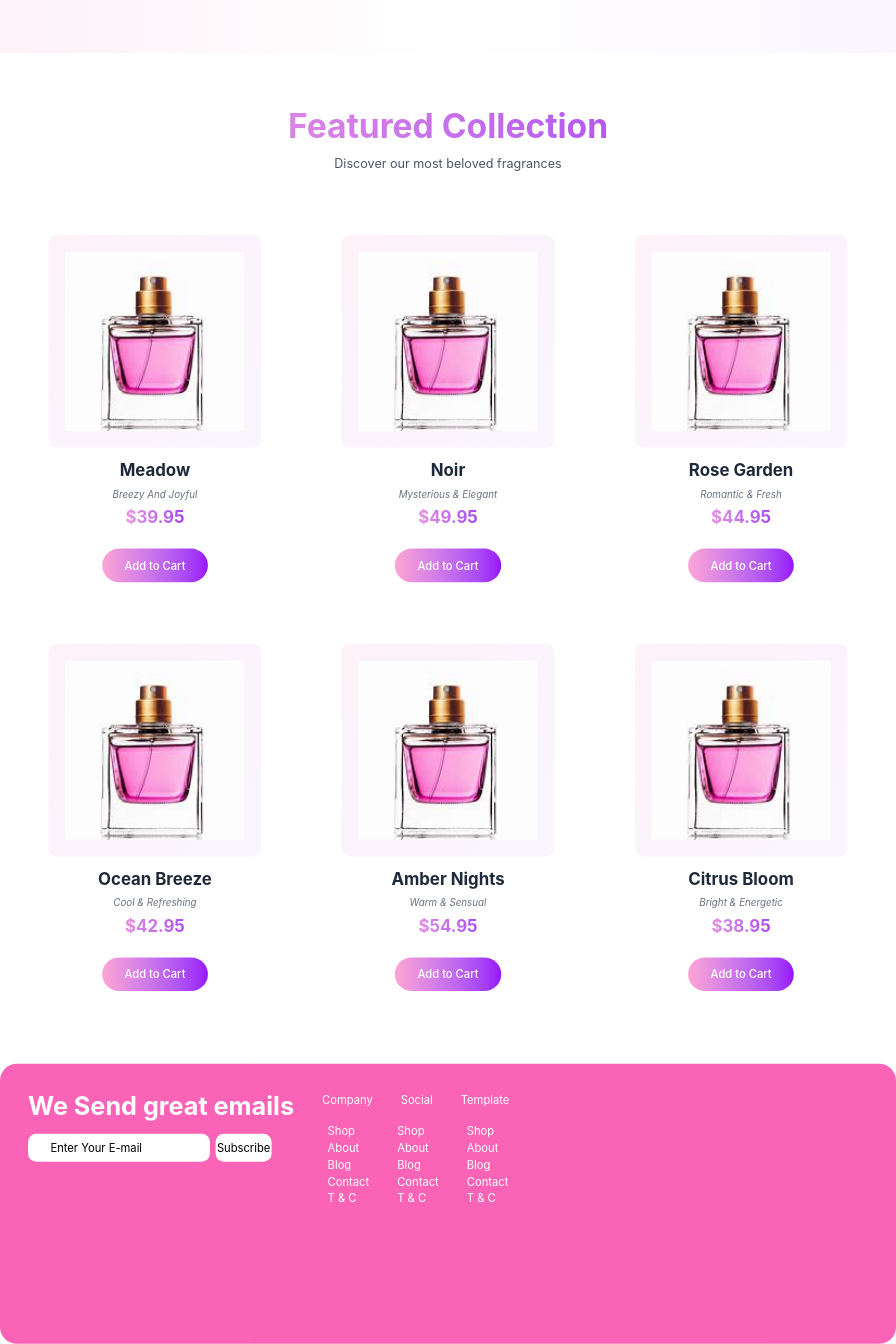
Repository: kiran2k5-ai/E-Commerce-Perfume
Page: /
The author's editor kept a copy of each file at every save. The page is drawn from the files as they stood at one save, then again after the next save.
The browser window is 1280 px wide. The pictures show the part of the page from y = 904 to 2824 px (the page is 2824 px tall), at 70% of full size.
The project was rebuilt for these pictures with package versions that can differ from the ones it lists, and the page was loaded fresh each time. Also part of the build but not shown: vite.config.js.

Above is the page before, as saved 2026-02-04 13:04:04.

### index.html
<!doctype html>
<html lang="en">
  <head>
    <meta charset="UTF-8" />
    <link rel="icon" type="image/svg+xml" href="/vite.svg" />
    <meta name="viewport" content="width=device-width, initial-scale=1.0" />
    <title>perfume-ecommerce</title>
  </head>
  <body>
    <div id="root"></div>
    <script type="module" src="/src/main.jsx"></script>
  </body>
</html>

### src/index.css
@import "tailwindcss";

@layer base {
  * {
    scroll-behavior: smooth;
  }

  body {
    font-family: 'Inter', 'Segoe UI', Tahoma, Geneva, Verdana, sans-serif;
    -webkit-font-smoothing: antialiased;
    -moz-osx-font-smoothing: grayscale;
  }
}

@layer utilities {
  .animate-fade-in {
    animation: fadeIn 1.5s ease-in-out;
  }

  @keyframes fadeIn {
    from {
      opacity: 0;
      transform: translateY(30px);
    }
    to {
      opacity: 1;
      transform: translateY(0);
    }
  }
}

### src/App.jsx
import { useState } from 'react'
import './App.css'
import Navbar from './components/Navbar'
import Home from './pages/Home'

function App() {
  const [count, setCount] = useState(0)

  return (
    <>
      <Navbar></Navbar>
      <Home></Home>
    </>
  )
}

export default App

### src/components/Navbar.jsx
import React from 'react'

const Navbar = () => {
  return (
    <nav className=" fixed w-full bg-pink-100 z-50 left-0 md:px-16 py-4 rounded-4xl">
      <div className="flex items-center justify-between">

        <div className="flex gap-6">
          <a href="#" className="hover:underline">Shop</a>
          <a href="#" className="hover:underline">About</a>
        </div>

        <div className="font-semibold text-2xl">
          Perfume
        </div>

        <div className="flex gap-6">
          <a href="#" className="hover:underline">Blog</a>
          <a href="#" className="hover:underline">Contact</a>
        </div>

      </div>
    </nav>
  )
}

export default Navbar

### src/pages/Home.jsx
import React from 'react'
import { Swiper, SwiperSlide } from "swiper/react";
import { Mousewheel } from "swiper/modules";
import Gridbox from '../components/Gridbox';
import Footer from '../components/Footer';
import "swiper/css";

const Home = () => {
  const products = [
    { id: 1, name: "Meadow", description: "Breezy And Joyful", price: "$39.95", image: "src/images/image2.jpg" },
    { id: 2, name: "Noir", description: "Mysterious & Elegant", price: "$49.95", image: "src/images/image2.jpg" },
    { id: 3, name: "Rose Garden", description: "Romantic & Fresh", price: "$44.95", image: "src/images/image2.jpg" },
    { id: 4, name: "Ocean Breeze", description: "Cool & Refreshing", price: "$42.95", image: "src/images/image2.jpg" },
    { id: 5, name: "Amber Nights", description: "Warm & Sensual", price: "$54.95", image: "src/images/image2.jpg" },
    { id: 6, name: "Citrus Bloom", description: "Bright & Energetic", price: "$38.95", image: "src/images/image2.jpg" },
  ];

  return (
    <>
    {/* Hero Section */}
    <div className='relative h-screen overflow-hidden'>
      <div className="absolute inset-0 bg-gradient-to-br from-pink-200/30 via-purple-200/30 to-blue-200/30"></div>
      <img src="src\images\image3.jpg" alt="Hero" className='mt-10 absolute inset-0 w-full h-full object-cover mix-blend-overlay'/>
      <div className='absolute inset-0 flex flex-col items-center justify-center text-white px-6'>
        <h1 className='text-7xl md:text-7xl font-bold text-center leading-tight mb-6 animate-fade-in'>
          Elevate EveryDay<br />
          Moments To<br />
          <span className='bg-gradient-to-r from-pink-300 to-purple-300 bg-clip-text text-transparent'>Extraordinary</span>
        </h1>
        <p className='text-xl md:text-2xl text-gray-100 mt-4 font-light tracking-wide'>Discover Your Signature Scent</p>
        <button className='mt-10 px-10 py-4 bg-white text-gray-800 rounded-full font-semibold text-lg hover:bg-pink-100 hover:scale-105 transition-all duration-300 shadow-2xl'>
          Explore Collection
        </button>
      </div>
    </div>

    {/* Brand Showcase */}
    <div className="bg-gradient-to-r from-pink-50 via-white to-purple-50 py-20">
      <div className="max-w-7xl mx-auto px-8">
        <h2 className="text-center text-gray-400 uppercase tracking-widest text-sm mb-10 font-semibold">Featured Brands</h2>
        <div className="flex items-center justify-between flex-wrap gap-8 text-gray-700">
          <h1 className="font-light italic text-4xl hover:text-pink-600 transition-colors cursor-pointer">flow</h1>
          <h1 className="font-semibold tracking-wide text-4xl hover:text-pink-600 transition-colors cursor-pointer">NINO</h1>
          <h1 className="font-medium text-4xl hover:text-pink-600 transition-colors cursor-pointer">InTrend</h1>
          <h1 className="font-bold text-4xl hover:text-pink-600 transition-colors cursor-pointer">JUNE</h1>
          <h1 className="font-semibold tracking-widest text-4xl hover:text-pink-600 transition-colors cursor-pointer">ZINE</h1>
          <h1 className="font-extrabold text-4xl hover:text-pink-600 transition-colors cursor-pointer">MAX</h1>
        </div>
      </div>
    </div>

    {/* Featured Products Section */}
    <div className="bg-white py-20">
      <div className="max-w-7xl mx-auto px-8">
        <div className="text-center mb-16">
          <h2 className="text-5xl font-bold bg-gradient-to-r from-pink-300 to-purple-600 bg-clip-text text-transparent mb-4">
            Featured Collection
          </h2>
          <p className="text-gray-600 text-lg">Discover our most beloved fragrances</p>
        </div>

        <div className="grid grid-cols-1 md:grid-cols-2 lg:grid-cols-3 gap-10">
          {products.map((product) => (
            <Gridbox
              key={product.id}
              name={product.name}
              description={product.description}
              price={product.price}
              image={product.image}
            />
          ))}
        </div>
      </div>
    </div>
    <Footer></Footer>

    </>
  )
}

export default Home

### src/components/Gridbox.jsx
import React from 'react'

const Gridbox = ({ image, name, description, price }) => {
  return (
    <div className="group flex flex-col items-center text-center gap-4 p-6 rounded-2xl bg-white hover:shadow-2xl transition-all duration-500 transform hover:-translate-y-2">

      <div className="relative overflow-hidden rounded-xl bg-gradient-to-br from-pink-50 to-purple-50 p-6">
        <img
          src={image}
          alt={name}
          className="w-64 h-64 object-cover transition-transform duration-500 group-hover:scale-110"
        />
        <div className="absolute inset-0 bg-gradient-to-t from-black/10 to-transparent opacity-0 group-hover:opacity-100 transition-opacity duration-300"></div>
      </div>

      <div className="space-y-2">
        <h2 className="text-2xl font-bold text-gray-800">{name}</h2>
        <p className="text-sm text-gray-500 italic">{description}</p>
        <p className="text-2xl font-bold bg-gradient-to-r from-pink-300 to-purple-600 bg-clip-text text-transparent">{price}</p>
      </div>

      <button
        className="mt-3 px-8 py-3 bg-gradient-to-r from-pink-300 to-purple-600 text-white rounded-full hover:shadow-lg hover:scale-105 transition-all duration-300 font-medium"
      >
        Add to Cart
      </button>

    </div>
  )
}

export default Gridbox

### src/components/Footer.jsx
import React from 'react'

const Footer = () => {
  return (
    <div className='flex justify-center'>
      <div className='h-100 w-350 bg-pink-400 rounded-3xl flex flex-row '>
        <div className='mt-10 ml-10 '>
            <h2 className='font-bold text-4xl  text-white '>We Send great emails</h2>
            <div className='flex flex-row gap-2 mt-5'>
            <input type="text" className='bg-white rounded-xl w-65 h-10 px-3 placeholder-black placeholder:px-5 hover:bg-none' placeholder='Enter Your E-mail'/>
            <button className=' bg-white w-20 h-10 rounded-xl text-black hover:bg-gradient-to-r from-pink-300 to-purple-600'>Subscribe</button>
            </div>
        </div>
        <div className='mt-10 ml-10 text-white '>
            <div className='flex flex-row gap-10'>
                <h1>Company</h1>
                <h1>Social</h1>
                <h1>Template</h1>
            </div>
            <div className='flex flex-row gap-10 mt-5 ml-2'>
                <div className = 'flex flex-col'>
                    <a href="">Shop</a>
                    <a href="">About </a>
                    <a href="">Blog</a>
                    <a href="">Contact</a>
                    <a href="">T & C</a>
                </div>
                <div className = 'flex flex-col'>
                    <a href="">Shop</a>
                    <a href="">About </a>
                    <a href="">Blog</a>
                    <a href="">Contact</a>
                    <a href="">T & C</a>
                </div >
                <div className = 'flex flex-col'>
                    <a href="">Shop</a>
                    <a href="">About </a>
                    <a href="">Blog</a>
                    <a href="">Contact</a>
                    <a href="">T & C</a>
                </div>
            </div>
        </div>
      </div>
    </div>
  )
}

export default Footer

Loaded but not shown: src/main.jsx (common file); src/App.css (common file)

After the next save:
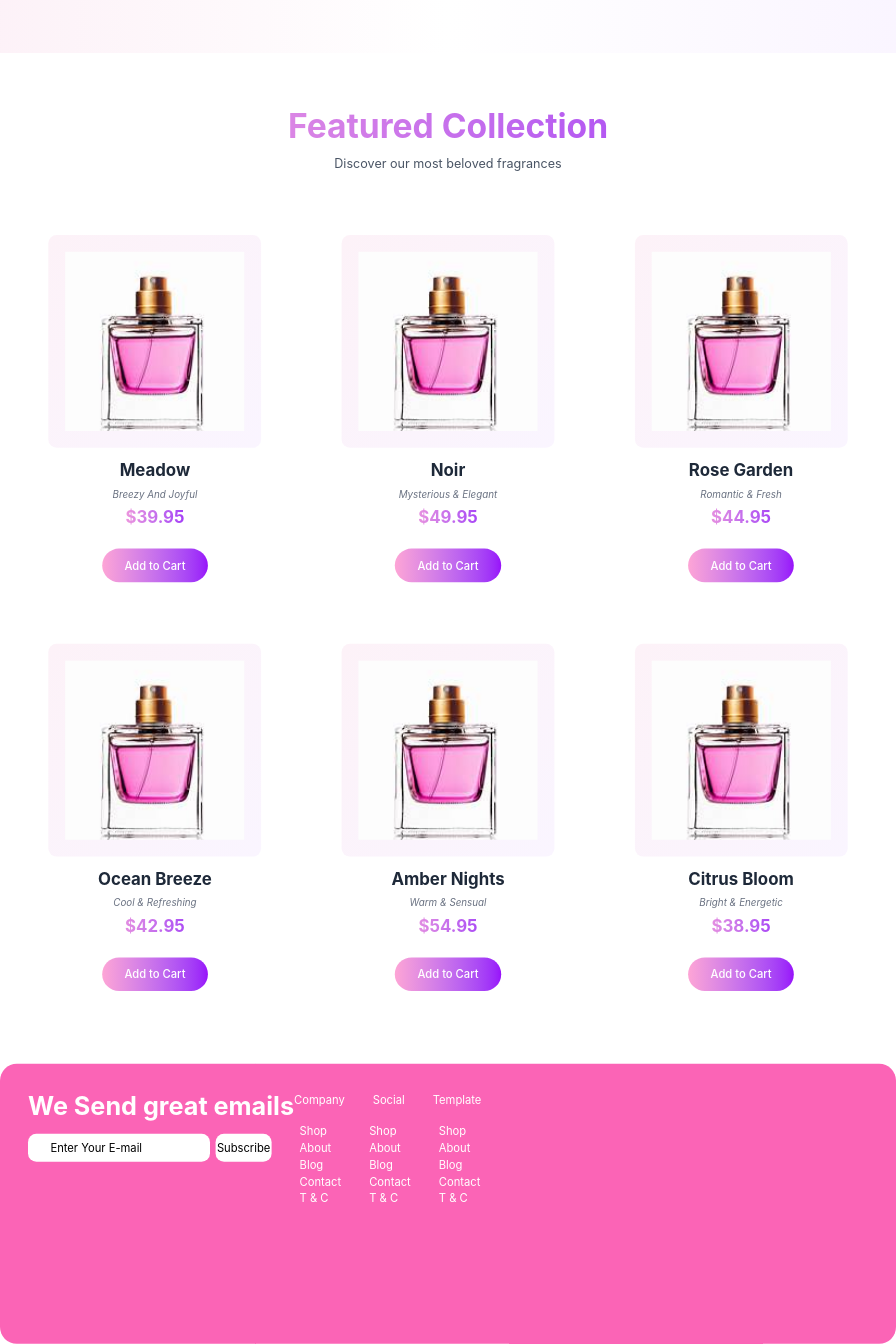
Saved 14 s later.
--- a/src/components/Footer.jsx
+++ b/src/components/Footer.jsx
@@ -11,7 +11,7 @@
             <button className=' bg-white w-20 h-10 rounded-xl text-black hover:bg-gradient-to-r from-pink-300 to-purple-600'>Subscribe</button>
             </div>
         </div>
-        <div className='mt-10 ml-10 text-white '>
+        <div className='mt-10  text-white '>
             <div className='flex flex-row gap-10'>
                 <h1>Company</h1>
                 <h1>Social</h1>

After the save that followed:
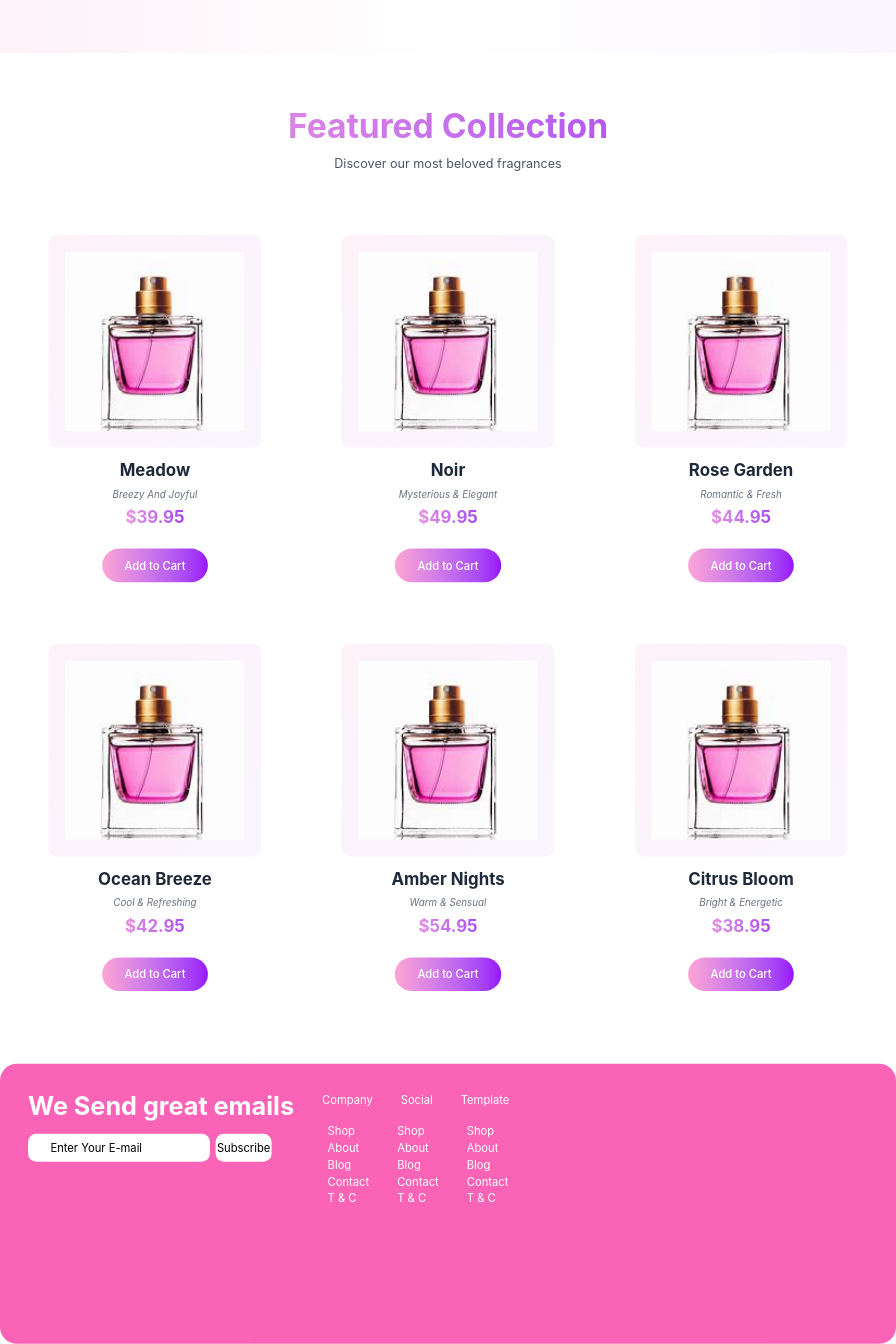
Saved 4 s later.
--- a/src/components/Footer.jsx
+++ b/src/components/Footer.jsx
@@ -11,7 +11,7 @@
             <button className=' bg-white w-20 h-10 rounded-xl text-black hover:bg-gradient-to-r from-pink-300 to-purple-600'>Subscribe</button>
             </div>
         </div>
-        <div className='mt-10  text-white '>
+        <div className='mt-10 ml-10 text-white '>
             <div className='flex flex-row gap-10'>
                 <h1>Company</h1>
                 <h1>Social</h1>
